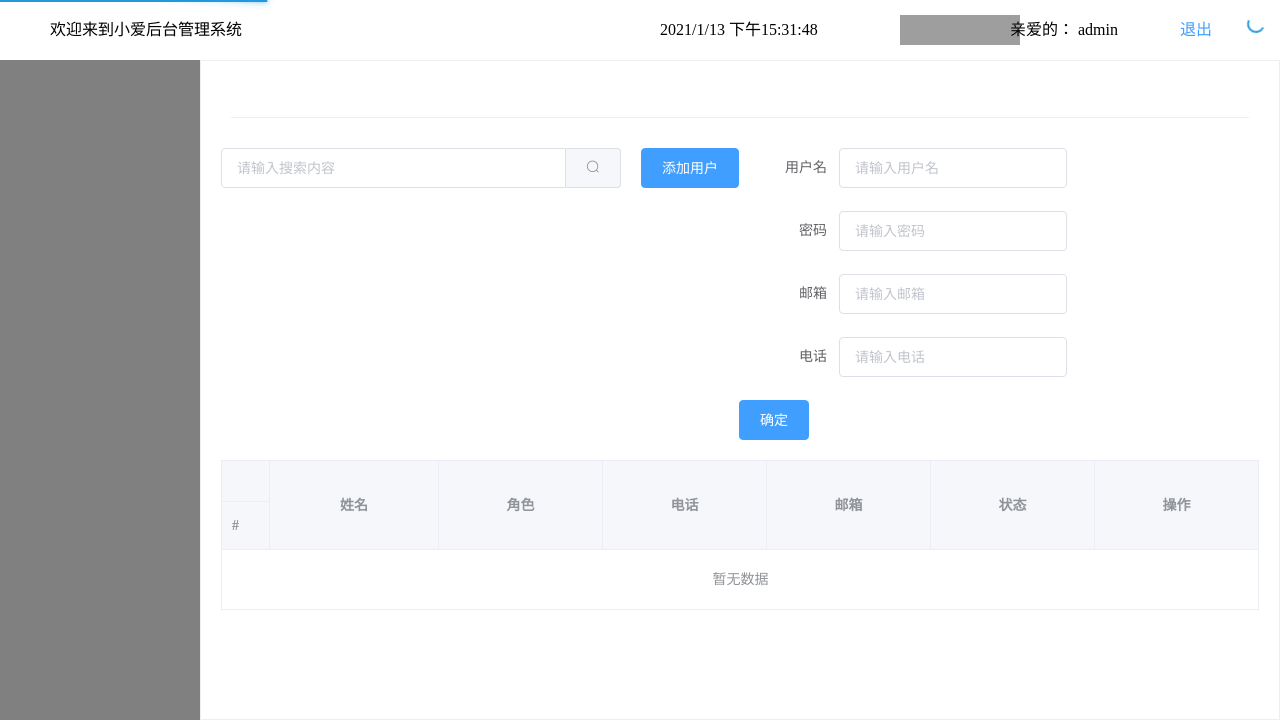
Repository: heyegang/vuex
Page: /usermanagement
An editor plug-in stored every save of this project. The page is shown before and after the next save, followed by the edit.
The browser window is 1280 px wide. The pictures show the whole page.
Pictures or frames that could not be fetched are drawn as grey boxes. The page's requests for data from a server got no answer. The project was rebuilt for these pictures with package versions that can differ from the ones it lists, and the page was loaded fresh each time. No one was signed in, and anything a server would have sent is missing. Also part of the build but not shown: vue.config.js, src/views/Home.vue, src/components/navsidebar/NavSidebar.vue.

Above is the page before, as saved 2021-01-14 09:50:05.

After the next save:
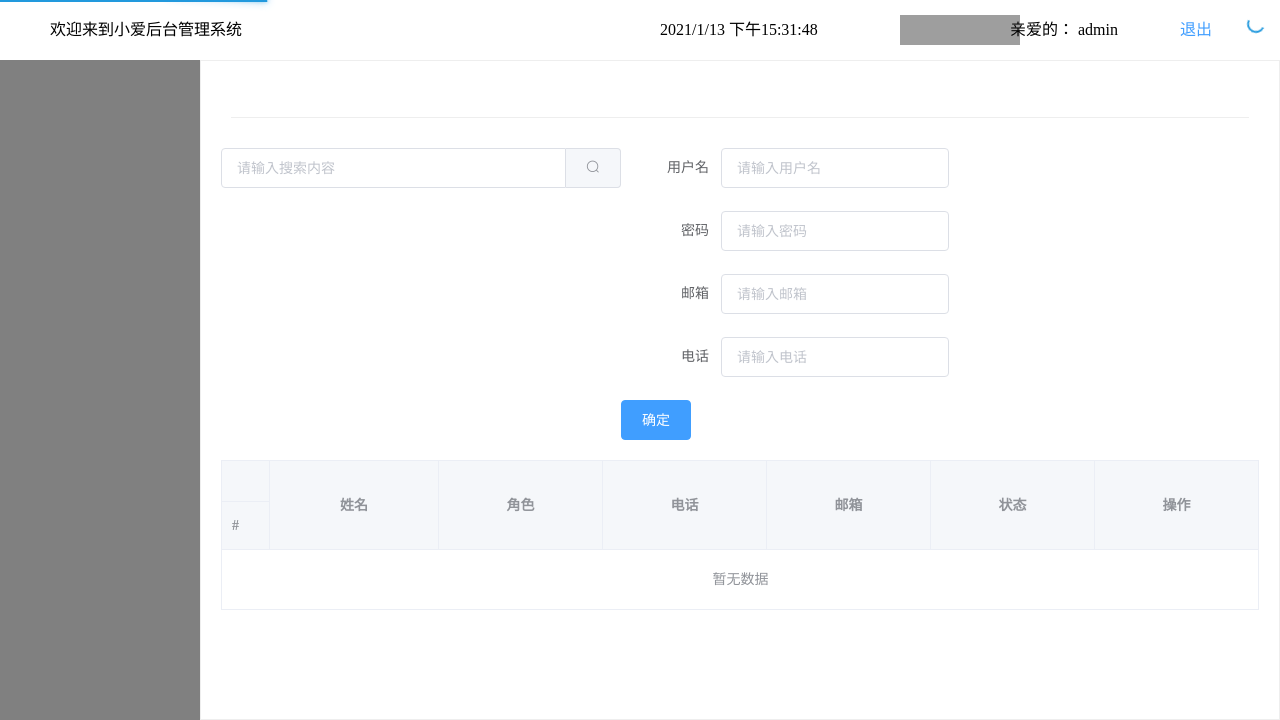
Saved 6 min 18 s later.
--- a/src/components/aisearch/AiSearch.vue
+++ b/src/components/aisearch/AiSearch.vue
@@ -3,9 +3,6 @@
     <div>
       <slot name="searchs"></slot>
       <slot #append></slot>
-    </div>
-    <div class="add">
-      <slot name="adds"></slot>
     </div>
     <!-- 添加弹框 -->
     <!-- 添加用户表单 -->
